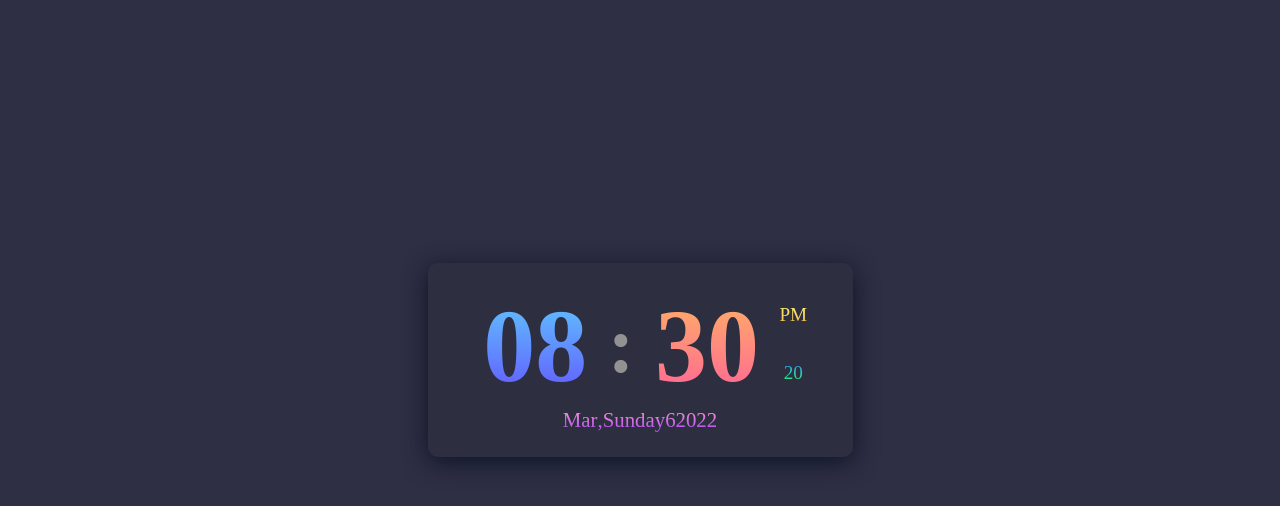
Repository: QUANGTHAI2003/digital-clock
Page: index.html
These files come from the project's save history. The page is drawn as it stood at one moment and after the next save; the edit follows.
The browser window is 1280 px wide. The pictures show the whole page.

Above is the page before, as saved 2022-03-26 20:12:31.

### index.html
<!DOCTYPE html>
<html lang="en">
    <head>
        <meta charset="UTF-8" />
        <meta http-equiv="X-UA-Compatible" content="IE=edge" />
        <meta name="viewport" content="width=device-width, initial-scale=1.0" />
        <title>Digital-Clock</title>
        <link rel="stylesheet" href="style.css" />
        <link rel="stylesheet" href="https://unicons.iconscout.com/release/v4.0.0/css/line.css" />
    </head>
    <body>
        <div class="digital-clock">
            <div class="time">
                <span class="hour">08</span>
                <span class="dots">:</span>
                <span class="minutes">30</span>
                <div class="right-side">
                    <span class="period">PM</span>
                    <span class="seconds">20</span>
                </div>
            </div>
            <div class="calendar">
                <span class="month-name">Mar</span>,
                <span class="day-name">Sunday</span>
                <span class="day-number">6</span>
                <span class="year">2022</span>
            </div>
        </div>
    </body>
</html>

### style.css
@import url('https://fonts.googleapis.com/css2?family=Poppins:ital,wght@0,100;0,200;0,300;0,400;0,500;0,600;0,700;0,800;0,900;1,100;1,200;1,300;1,400;1,500;1,600;1,700;1,800;1,900&display=swap');

* {
    margin: 0;
    padding: 0;
    box-sizing: border-box;
    font-family: 'Poppins'sans-serif;
}

body {
    min-height: 100vh;
    display: flex;
    justify-content: center;
    align-items: center;
    background: #2e2e44;
}

.digital-clock {
    position: relative;
    color: #fff;
    background: #2d2f41;
    width: 425px;
    padding: 20px 45px;
    box-shadow: 0 5px 25px rgba(14, 21, 37, 08);
    border-radius: 10px;
    display: flex;
    justify-content: center;
    align-items: center;
    flex-direction: column;
}

.time {
    position: relative;
    display: flex;
    justify-content: center;
    align-items: center;
}

.hour,
.dots,
.minutes {
    display: flex;
    justify-content: center;
    align-items: center;
    font-weight: 600;
    padding: 0 10px;
    line-height: 125px;
}

.hour,
.minutes {
    font-size: 6.5em;
    width: 125px;
}

.dots {
    font-size: 5em;
    color: #929292;
}

.hour {
    background: -webkit-linear-gradient(90deg, #634dff, #5fd4ff);
    -webkit-text-fill-color: transparent;
    -webkit-background-clip: text;
}

.minutes {
    background: -webkit-linear-gradient(90deg, #ff5e9a, #ffb960);
    -webkit-text-fill-color: transparent;
    -webkit-background-clip: text;
}

.right-side {
    position: relative;
    display: flex;
    justify-content: center;
    align-items: center;
    flex-direction: column;
    margin-left: 10px;
}

.period,
.seconds {
    font-size: 1.2em;
    font-weight: 500;
}

.period {
    transform: translateY(-20px);
    background: -webkit-linear-gradient(90deg, #f7b63f, #faf879);
    -webkit-text-fill-color: transparent;
    -webkit-background-clip: text;
}

.seconds {
    transform: translateY(16px);
    background: -webkit-linear-gradient(90deg, #24ff6d, #2f93f1);
    -webkit-text-fill-color: transparent;
    -webkit-background-clip: text;
}

.calendar {
    display: flex;
    justify-content: center;
    align-items: center;
    font-size: 1.3em;
    font-weight: 500;
    margin-bottom: 5px;
    background: -webkit-linear-gradient(90deg, #ae4af6, #ff98d1);
    -webkit-text-fill-color: transparent;
    -webkit-background-clip: text;
}

.day-name,
.day-number,
.year {}

After the next save:
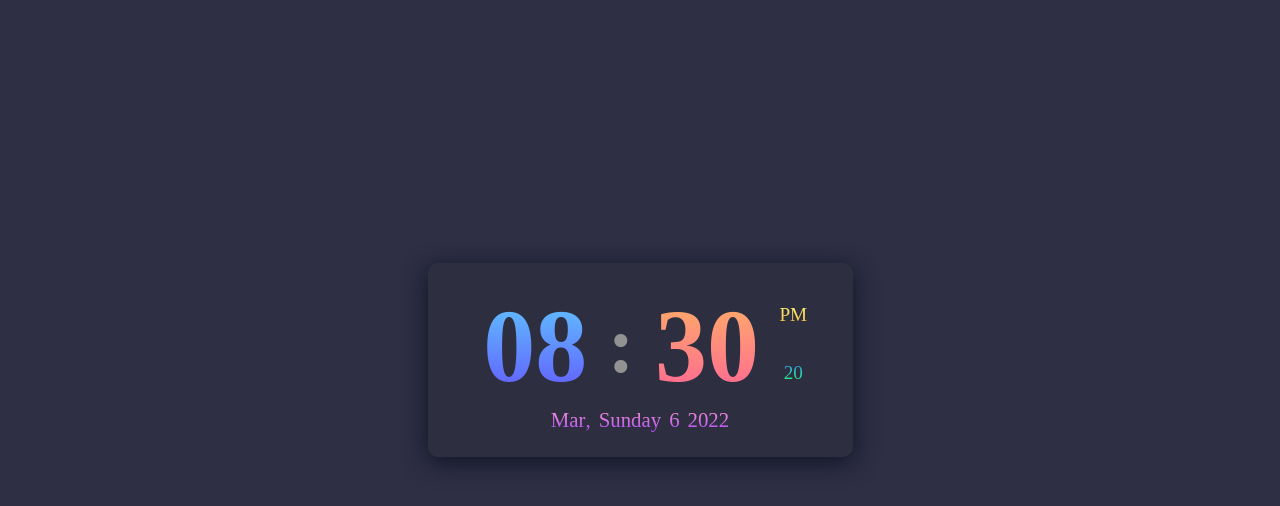
Saved 21 s later.
--- a/style.css
+++ b/style.css
@@ -113,4 +113,6 @@ body {
 
 .day-name,
 .day-number,
-.year {}
+.year {
+    margin-left: 8px;
+}
